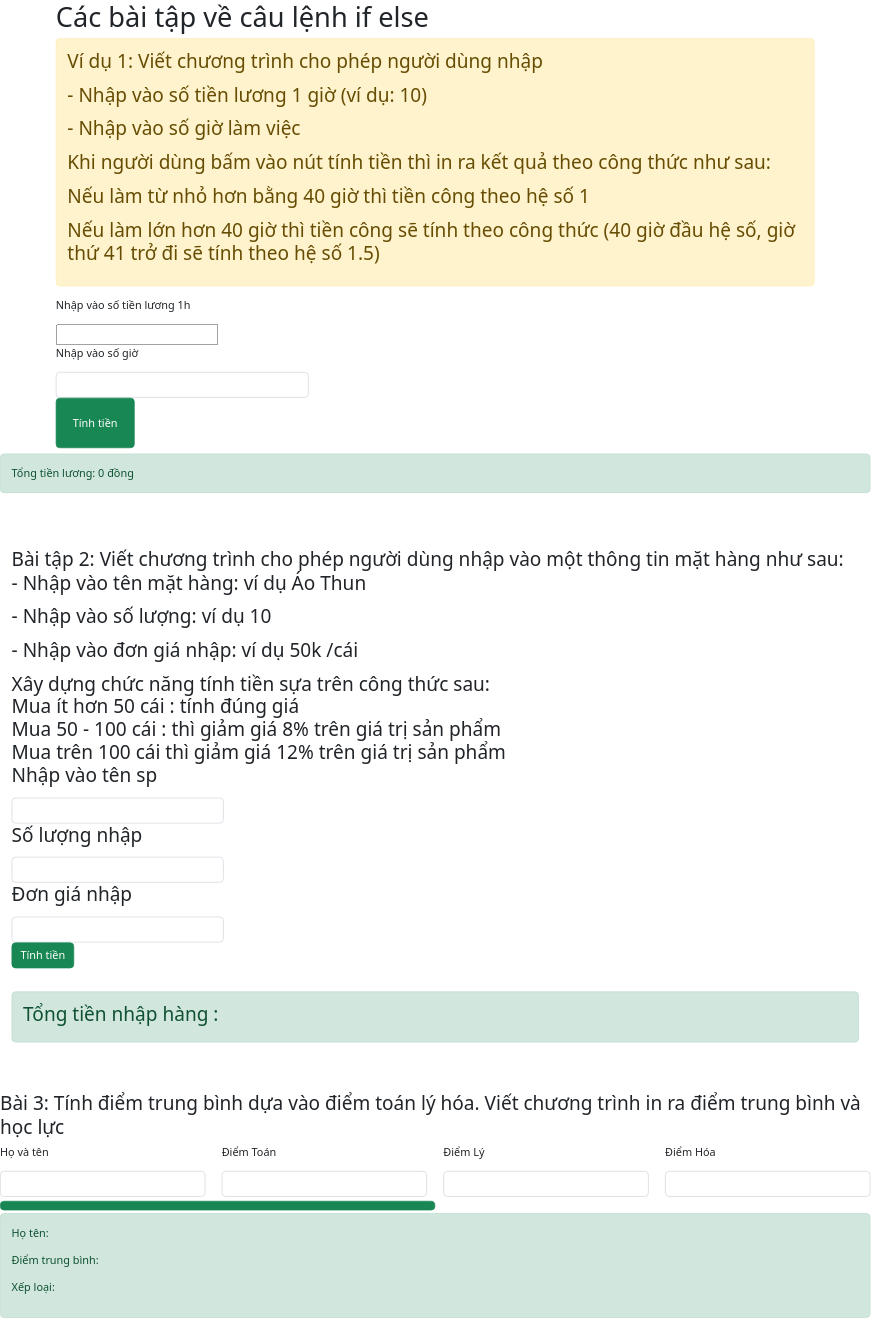
Repository: hcozyph/cyberSoft_JS_fulldocs
Page: JS_4/index.html
The author's editor kept a copy of each file at every save. The page is drawn from the files as they stood at one save, then again after the next save.
The browser window is 1280 px wide. The page is 1292 px wide, so the pictures cover 1292 px, including what lies to the right of the window. The pictures show the whole page, at 68% of full size.

Above is the page before, as saved 2023-02-05 09:01:59.

After the next save:
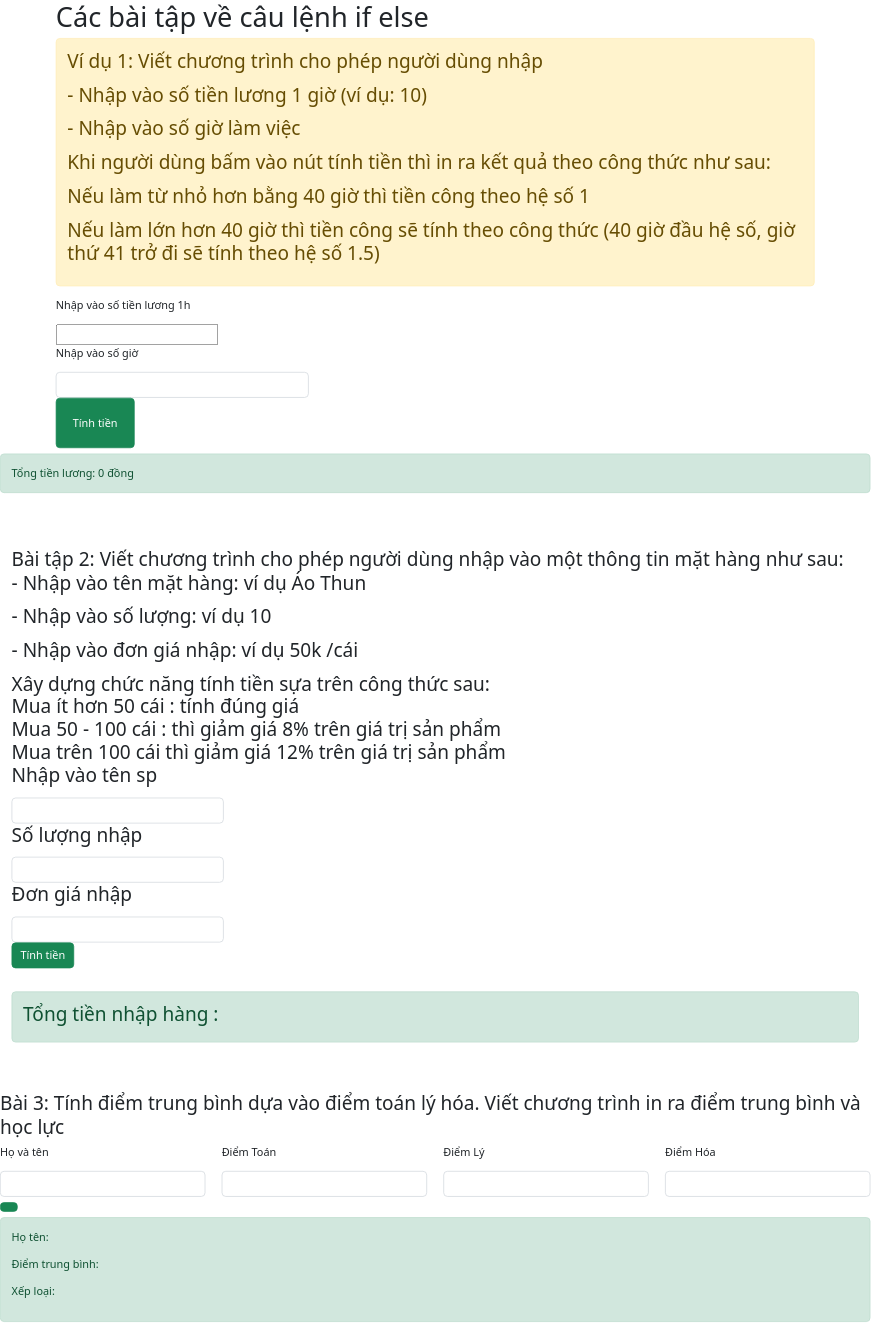
Saved 6 s later.
--- a/JS_4/index.html
+++ b/JS_4/index.html
@@ -172,7 +172,7 @@
         </div>
 
         <div class="form-group">
-            <button id="btnXepLoai" class="btn btn-success col-6"></button>
+            <button id="btnXepLoai" class="btn btn-success my-2"></button>
         </div>
 
         <div class="alert alert-success">
